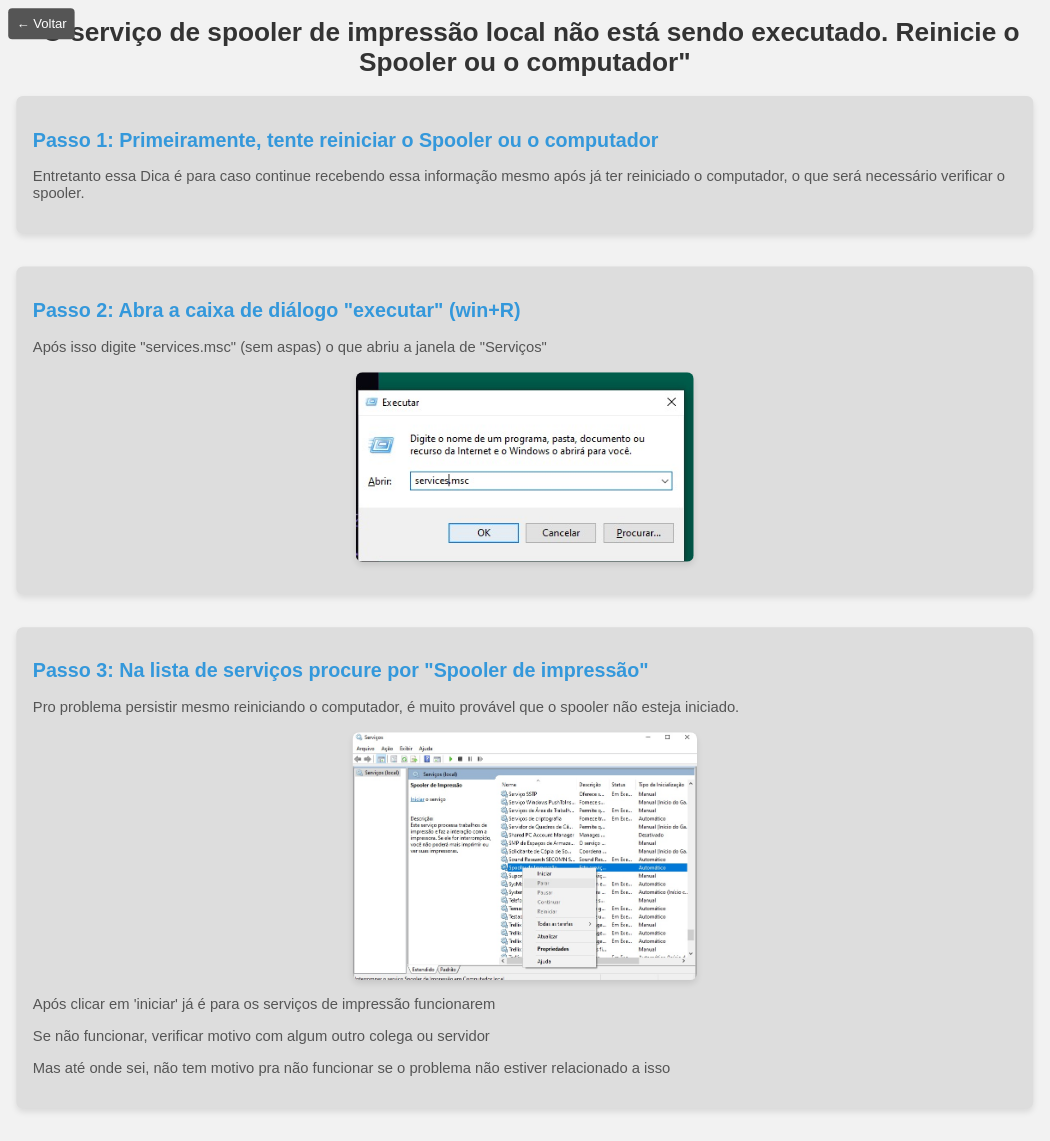
Repository: I4guito/dicasdez
Page: impressoras/servspoolernão.html
The author's editor kept a copy of each file at every save. The page is drawn from the files as they stood at one save, then again after a run of saves.
The browser window is 1280 px wide. The pictures show the whole page, at 82% of full size.

Above is the page before, as saved 2023-12-13 15:01:49.

After the next 3 saves:
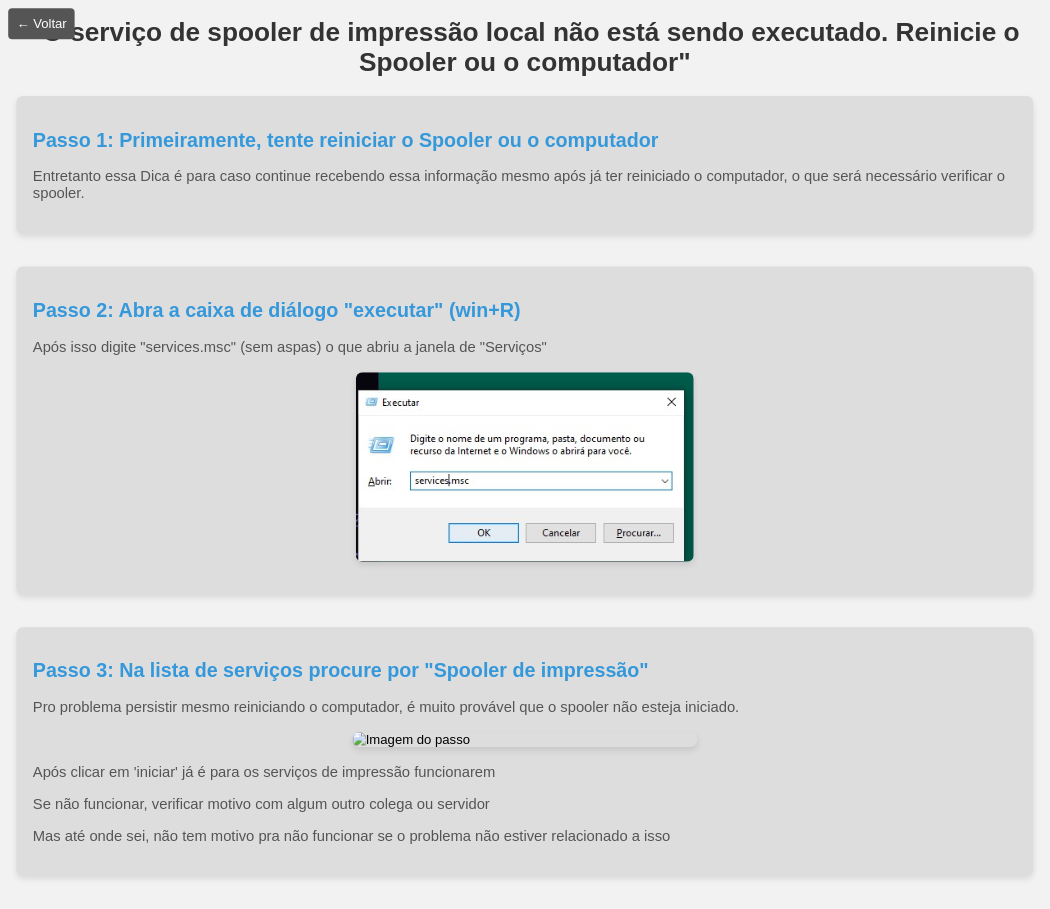
Not found: Dicas site/impressoras/imagens/iniciarspooler.jpeg
The 3 saves are shown as one change because they came seconds apart.
The last was saved 14 s later.
--- a/impressoras/servspoolernão.html
+++ b/impressoras/servspoolernão.html
@@ -27,7 +27,7 @@
             <p>
                 Após isso digite "services.msc" (sem aspas) o que abriu a janela de "Serviços"
             </p>
-            <img src="/Dicas site/impressoras/imagens/services msc.jpeg" alt="Imagem do passo 2">
+            <img src="/impressoras/imagens/servicesmsc.jpeg" alt="Imagem do passo 2">
         </div>
 
         <div class="step">
@@ -35,7 +35,7 @@
             <p>
                 Pro problema persistir mesmo reiniciando o computador, é muito provável que o spooler não esteja iniciado.
             </p>
-            <img src="/Dicas site/impressoras/imagens/iniciar spooler.jpeg" alt="Imagem do passo ">
+            <img src="/Dicas site/impressoras/imagens/iniciarspooler.jpeg" alt="Imagem do passo ">
             <p>Após clicar em 'iniciar' já é para os serviços de impressão funcionarem</p>
             <p> Se não funcionar, verificar motivo com algum outro colega ou servidor</p>
             <p>Mas até onde sei, não tem motivo pra não funcionar se o problema não estiver relacionado a isso</p>

After the save that followed:
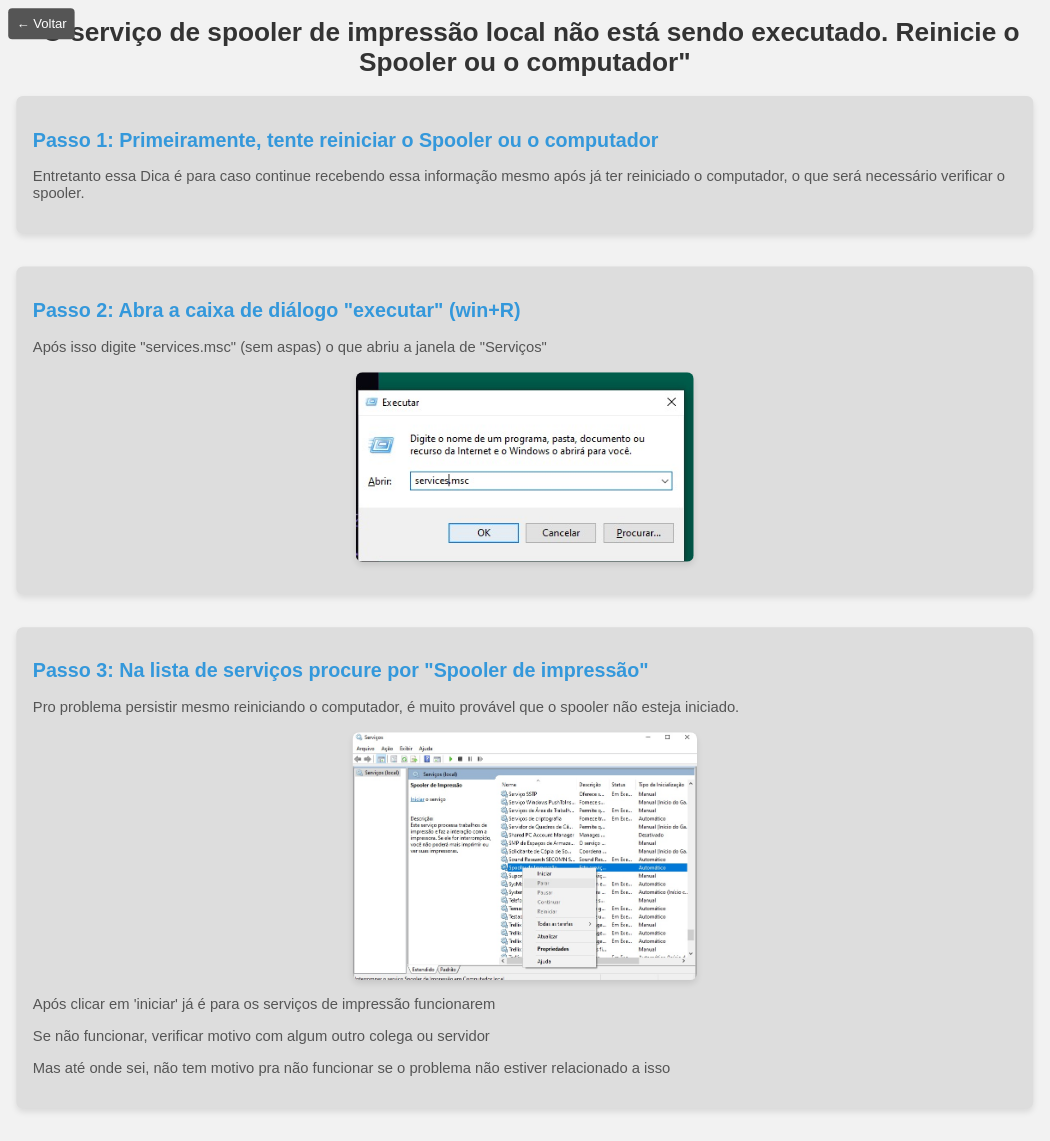
Saved 5 s later.
--- a/impressoras/servspoolernão.html
+++ b/impressoras/servspoolernão.html
@@ -35,7 +35,7 @@
             <p>
                 Pro problema persistir mesmo reiniciando o computador, é muito provável que o spooler não esteja iniciado.
             </p>
-            <img src="/Dicas site/impressoras/imagens/iniciarspooler.jpeg" alt="Imagem do passo ">
+            <img src="impressoras/imagens/iniciarspooler.jpeg" alt="Imagem do passo ">
             <p>Após clicar em 'iniciar' já é para os serviços de impressão funcionarem</p>
             <p> Se não funcionar, verificar motivo com algum outro colega ou servidor</p>
             <p>Mas até onde sei, não tem motivo pra não funcionar se o problema não estiver relacionado a isso</p>
